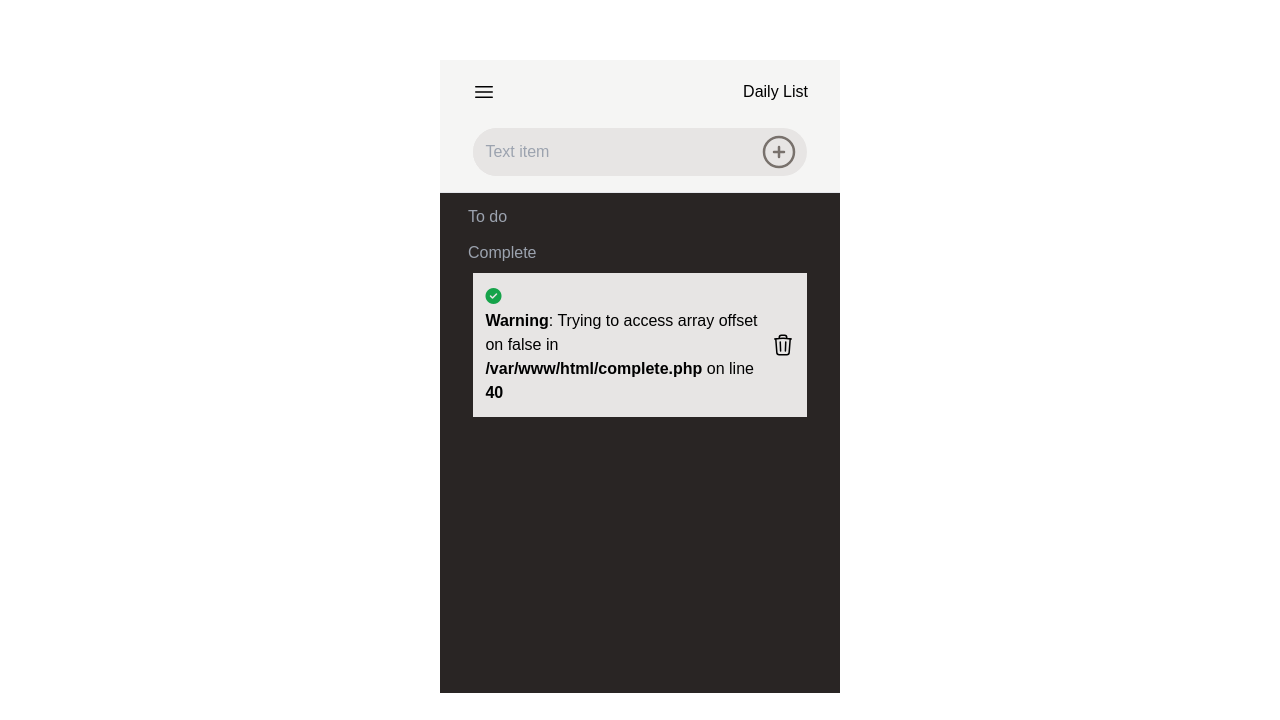
Repository: hsumyatm7308/TodolistbyPHP
Page: http://localhost/
These files come from the project's save history. The page is drawn as it stood at one moment and after the next save; the edit follows.
The browser window is 1280 px wide. The pictures show the whole page.
Some web libraries are served in a nearby version. The page is run by PHP 8.4 with error messages shown; the project is at /var/www/html/. Queries for data that is not in the repository find no rows.

Above is the page before, as saved 2023-07-09 23:45:40.

### index.php
<!DOCTYPE html>
<html lang="en">

<head>
    <meta charset="UTF-8">
    <meta name="viewport" content="width=device-width, initial-scale=1.0">
    <title>To Do List</title>
    <link rel="stylesheet" href="https://cdnjs.cloudflare.com/ajax/libs/font-awesome/6.4.0/css/all.min.css">
    <script src="https://cdn.tailwindcss.com"></script>

    <style>
        * {
            font-family: sans-serif;
        }

        .scrollbar-hide::-webkit-scrollbar{
            display: none;
        }

    </style>

</head>

<body>
    <div class="w-screen h-screen container flex justify-center items-center">
        <div class="w-[400px] h-[600px] bg-stone-100">
            <!-- header nav  -->
            <div class="w-full h-14 flex justify-between items-center p-8">
                <div>
                    <svg xmlns="http://www.w3.org/2000/svg" fill="none" viewBox="0 0 24 24" stroke-width="1.5"
                        stroke="currentColor" class="w-6 h-6">
                        <path stroke-linecap="round" stroke-linejoin="round"
                            d="M3.75 6.75h16.5M3.75 12h16.5m-16.5 5.25h16.5" />
                    </svg>

                </div>
                <div>
                    <h4> Daily List</h4>
                </div>
            </div>

            <?php

            include("create.php");

            ?>

            <div class="w-full h-[500px] bg-stone-800 overflow-y-scroll scrollbar-hide">

                <?php

                include("updatetodo.php");
                include("complete.php");

                ?>
            </div>







        </div>
    </div>
</body>

</html>

### create.php
<?php
session_start();
ini_set('display_errors', 1);

require_once("database.php");

if ($_SERVER['REQUEST_METHOD'] === 'POST') {
    global $conn;

    $getdata = $_POST['textbox'];


    try {
        $stmt = $conn->prepare("INSERT INTO todolist (task) VALUES ( :task)");


        $task = $getdata;




        if (empty($task)) {
            echo "";
        } else {
            $stmt->bindParam(':task', $task);
            $stmt->execute();
        }

    } catch (Exception $e) {
        echo "Error Found: " . $e->getMessage();
    }
}


?>





<!-- to do form  -->
<form action="" method="post" enctype="multipart/form-data">


    <div class="w-full h-auto flex justify-center items-center p-1">
        <div class="w-[85%] h-auto bg-stone-200 flex justify-between items-center rounded-3xl">
            <input type="text" name="textbox"
                class="w-[85%] bg-stone-200 rounded-tl-3xl rounded-bl-3xl p-3 focus:outline-none"
                placeholder="Text item">

            <button type="submit" name="submit" class="">
                <svg xmlns="http://www.w3.org/2000/svg" fill="none" viewBox="0 0 24 24" stroke-width="1.5"
                    stroke="currentColor" class="w-10 h-10 mr-2 text-stone-500 hover:text-stone-600">
                    <path stroke-linecap="round" stroke-linejoin="round"
                        d="M12 9v6m3-3H9m12 0a9 9 0 11-18 0 9 9 0 0118 0z" />
                </svg>
            </button>
        </div>

    </div>
    <hr class="mt-3">
</form>

### database.php
<?php

$dbhost = 'localhost';
$dbuser = 'root';
$dbpass = '';
$dbname = 'hmmdb';


try{

    $conn = new PDO("mysql:host=$dbhost;dbname=$dbname", $dbuser, $dbpass);
    $conn->setAttribute(PDO::ATTR_ERRMODE, PDO::ERRMODE_EXCEPTION);

    // echo "Connection successful";


}catch(Exception $e){
    "Error Found:".$e->getMessage();
}




?>

### updatetodo.php
<?php

// session_start();
ini_set('display_errors', 1);

require_once("database.php");
require_once("create.php");

try {

    global $conn;

    $stmt = $conn->prepare("SELECT id,task FROM todolist");
    $stmt->execute();




} catch (Exception $e) {
    "Found Error : " . $e->getMessage();
}




?>








<!-- update to do  -->
<form action="" method="post" class="mt-3" enctype="multipart/form-data">
    <h3 class="text-gray-400 ml-7 mb-1">To do</h3>


    <?php while ($row = $stmt->fetch()): ?>

        <div name="taskitems" class="w-full h-auto flex justify-center items-center p-1">


            <div class="w-[85%] h-auto bg-stone-200 flex justify-between items-center p-3">
                <span>
                    <button  type="submit" name="completeid" value="<?php echo $row["id"] ?>" >
                    <i class="fa-regular fa-circle-check"></i>
                    </button>
                    <span class="ml-1">
                        <?php echo $row['task'] ?>
                    </span>
                </span>

                <div >
                    <svg xmlns="http://www.w3.org/2000/svg" fill="none" viewBox="0 0 24 24" stroke-width="1.5"
                        stroke="currentColor" class="w-6 h-6">
                        <path stroke-linecap="round" stroke-linejoin="round"
                            d="M16.862 4.487l1.687-1.688a1.875 1.875 0 112.652 2.652L10.582 16.07a4.5 4.5 0 01-1.897 1.13L6 18l.8-2.685a4.5 4.5 0 011.13-1.897l8.932-8.931zm0 0L19.5 7.125M18 14v4.75A2.25 2.25 0 0115.75 21H5.25A2.25 2.25 0 013 18.75V8.25A2.25 2.25 0 015.25 6H10" />
                    </svg>
                </div>
            </div>



        </div>

    <?php endwhile; ?>







</form>

### complete.php
<?php
// session_start();
ini_set('display_errors', 1);

require_once("database.php");
require_once("updatetodo.php");

if ($_SERVER["REQUEST_METHOD"] === "POST") {


        $completeid = $_POST['completeid'];
        $row = $stmt->fetch();
        echo $completeid;

        try {
            global $conn;

            $stmt = $conn->prepare("SELECT id, task FROM todolist WHERE id = :completei");
            $stmt->bindParam(':completeid', $completeid);
            $stmt->execute();

        } catch (Exception $e) {
            echo "Found Error: " . $e->getMessage();
        }

}
?>

<!-- complete work -->
<form action="" method="post" class="mt-3" enctype="multipart/form-data">
    <h3 class="text-gray-400 ml-7 mb-1">Complete</h3>



            <div class="w-full h-auto flex justify-center items-center p-1">
                <div class="w-[85%] h-auto bg-stone-200 flex justify-between items-center p-3">
                    <span>
                        <i class="fa-solid fa-circle-check text-green-600"></i>
                        <span class="ml-1">
                            <?php echo $row['task']; ?>
                        </span>
                    </span>
                    <div>
                        <svg xmlns="http://www.w3.org/2000/svg" fill="none" viewBox="0 0 24 24" stroke-width="1.5"
                            stroke="currentColor" class="w-6 h-6">
                            <path stroke-linecap="round" stroke-linejoin="round"
                                d="M14.74 9l-.346 9m-4.788 0L9.26 9m9.968-3.21c.342.052.682.107 1.022.166m-1.022-.165L18.16 19.673a2.25 2.25 0 01-2.244 2.077H8.084a2.25 2.25 0 01-2.244-2.077L4.772 5.79m14.456 0a48.108 48.108 0 00-3.478-.397m-12 .562c.34-.059.68-.114 1.022-.165m0 0a48.11 48.11 0 013.478-.397m7.5 0v-.916c0-1.18-.91-2.164-2.09-2.201a51.964 51.964 0 00-3.32 0c-1.18.037-2.09 1.022-2.09 2.201v.916m7.5 0a48.667 48.667 0 00-7.5 0" />
                        </svg>
                    </div>
                </div>
            </div>










</form>

After the next save:
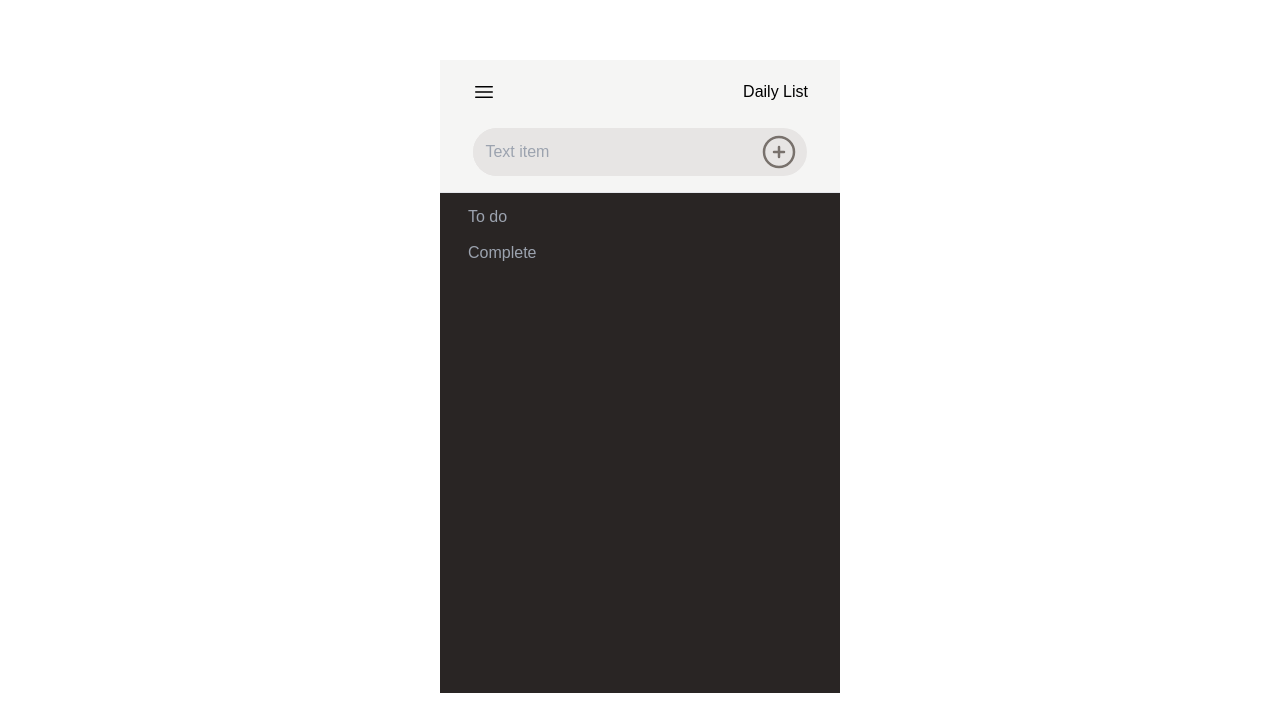
Saved 21 s later.
--- a/complete.php
+++ b/complete.php
@@ -9,7 +9,7 @@ if ($_SERVER["REQUEST_METHOD"] === "POST") {
 
 
         $completeid = $_POST['completeid'];
-        $row = $stmt->fetch();
+        // $row = $stmt->fetch();
         echo $completeid;
 
         try {
@@ -30,7 +30,7 @@ if ($_SERVER["REQUEST_METHOD"] === "POST") {
 <form action="" method="post" class="mt-3" enctype="multipart/form-data">
     <h3 class="text-gray-400 ml-7 mb-1">Complete</h3>
 
-
+    <?php while ($row = $stmt->fetch()): ?>
 
             <div class="w-full h-auto flex justify-center items-center p-1">
                 <div class="w-[85%] h-auto bg-stone-200 flex justify-between items-center p-3">
@@ -50,6 +50,7 @@ if ($_SERVER["REQUEST_METHOD"] === "POST") {
                 </div>
             </div>
 
+    <?php endwhile; ?>
 
 
 
